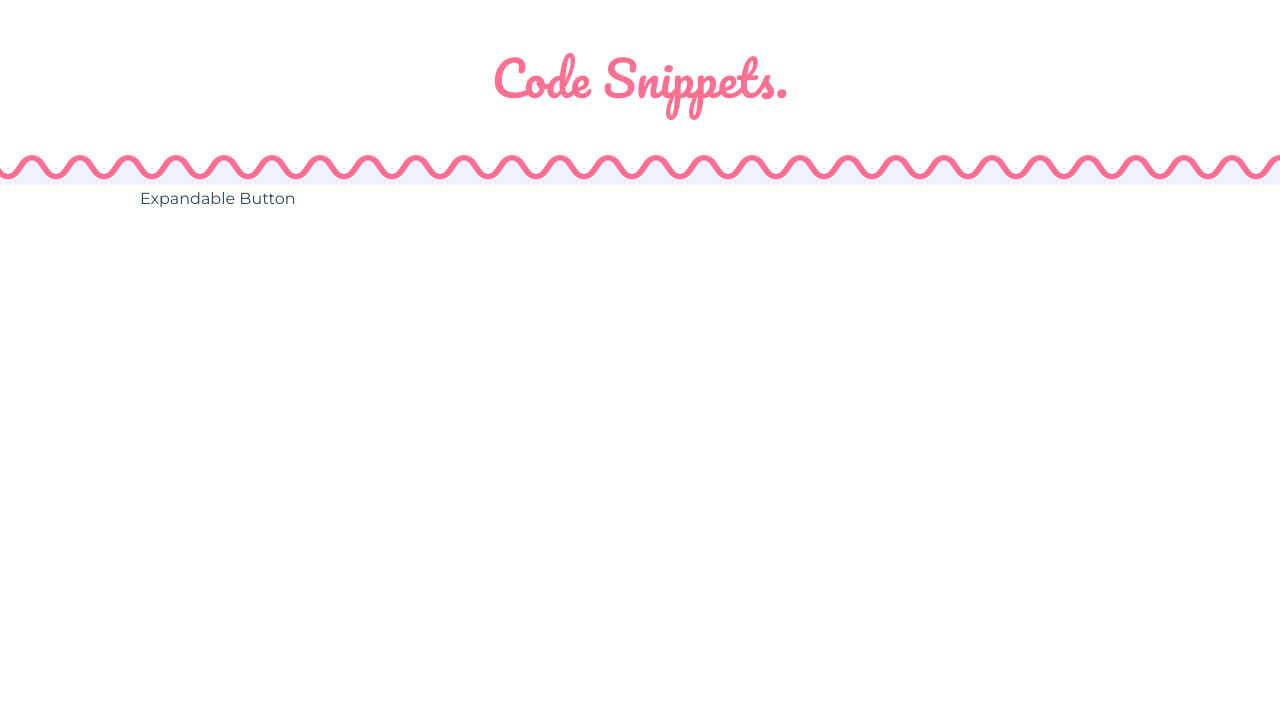
Repository: vikatgen/code-snippets
Page: index.html
An editor plug-in stored every save of this project. The page is shown before and after the next save, followed by the edit.
The browser window is 1280 px wide. The pictures show the whole page.
The style sheet was rebuilt from its Sass, Less or Tailwind sources for each picture, by a compiler version that may differ from the author's.

Above is the page before, as saved 2020-03-30 23:40:59.

### index.html
<!DOCTYPE html>
<html lang="en">
  <head>
    <meta charset="UTF-8" />
    <meta name="viewport" content="width=device-width, initial-scale=1.0" />
    <link rel="stylesheet" href="/css/normalize.css" />
    <link rel="stylesheet" href="/css/mainpage-styles.css" />
    <title>Code Snippets</title>
  </head>
  <body>
    <section id="heading-section">
      <div class="container">
        <div class="header-wrapper">
          <span>Code Snippets.</span>
        </div>
      </div>
    </section>
    <section id="page-break">
      <img src="/assets/page-snip.png" alt="" />
    </section>
    <section class="links-section">
      <div class="container">
        <a href="/expandable-button/expandable-button.html"
          >Expandable Button</a
        >
      </div>
    </section>
  </body>
</html>

### css/mainpage-styles.scss
@import url("https://fonts.googleapis.com/css?family=Montserrat:400,600,700|Pacifico&display=swap");

$heading: "Pacifico", cursive;
$ff-normal: "Montserrat", sans-serif;
$text-color: #2f4858;
$heading-color: #ff6f91;

.container {
  width: 90%;
  max-width: 1000px;
  margin: auto;
}

a {
  text-decoration: none;
  font-family: $ff-normal;
  color: $text-color;
  font-family: 600;
}

.header-wrapper {
  width: 100%;
  text-align: center;
  margin: 50px 0px;
  span {
    font-family: $heading;
    font-size: 3rem;
    color: $heading-color;
  }
}

#page-break {
  width: 100vw;
  height: auto;
  overflow: hidden;
  img {
    width: 100%;
  }
}

#links-section {
  width: 100vw;
  height: 100vh;
  background: #eff3fe;
}

Loaded but not shown: css/normalize.css (library)

After the next save:
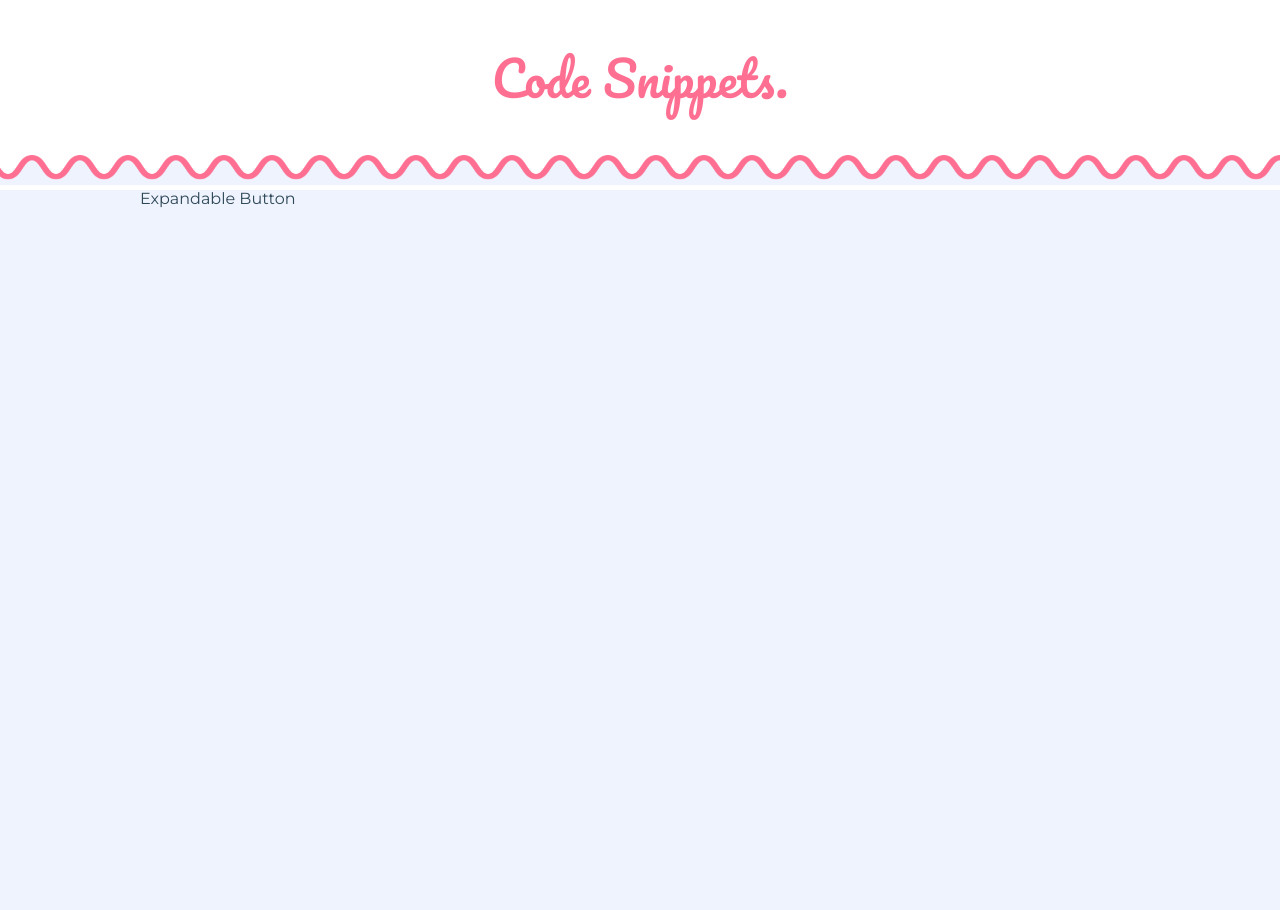
Saved 53 s later.
--- a/css/mainpage-styles.scss
+++ b/css/mainpage-styles.scss
@@ -38,7 +38,7 @@ a {
   }
 }
 
-#links-section {
+.links-section {
   width: 100vw;
   height: 100vh;
   background: #eff3fe;
